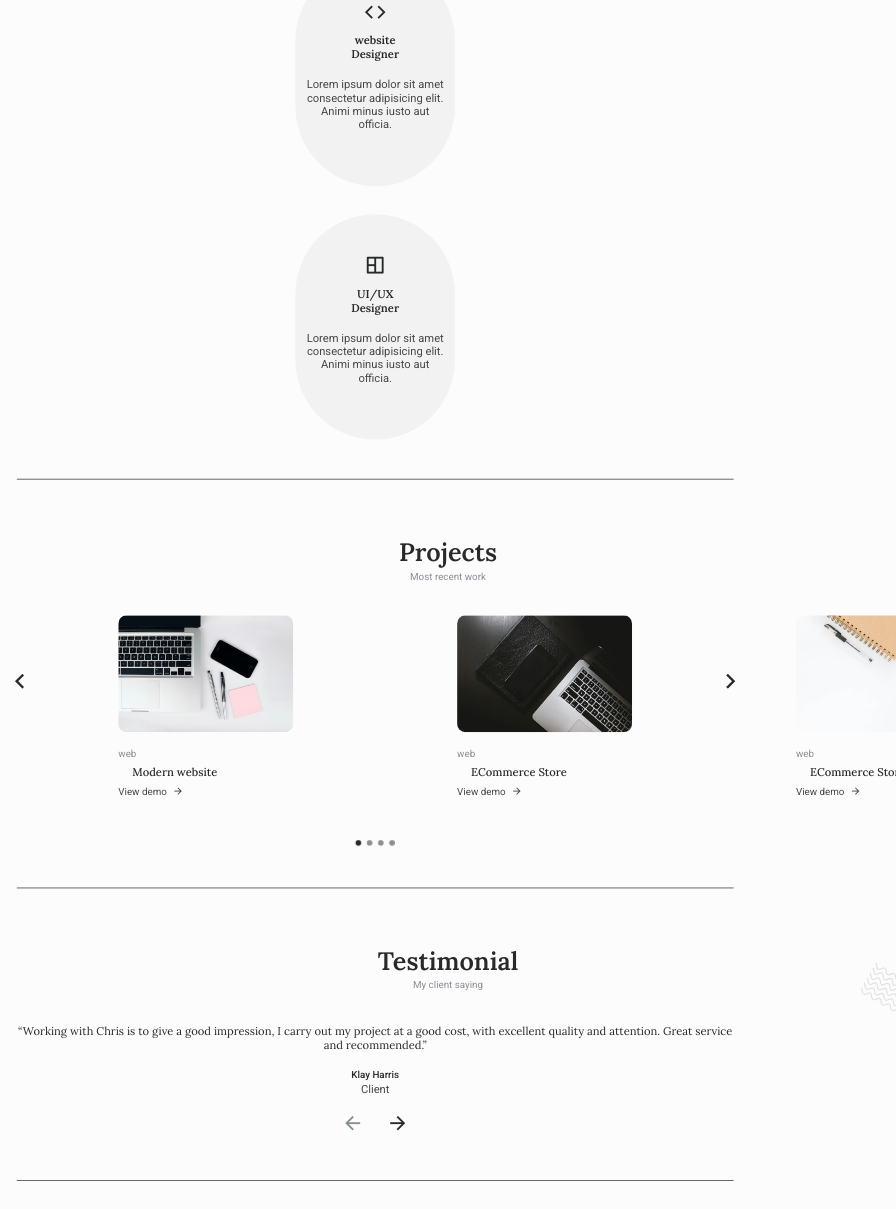
Repository: hnguyeng/myportfoliohongnguyen
Page: index.html
These files come from the project's save history. The page is drawn as it stood at one moment and after the next save; the edit follows.
The browser window is 1280 px wide. The pictures show the part of the page from y = 4580 to 6500 px (the page is 6307 px tall before and 6501 px after), at 70% of full size.
Some web libraries are served in a nearby version.

Above is the page before, as saved 2023-07-21 14:14:09.

After the next save:
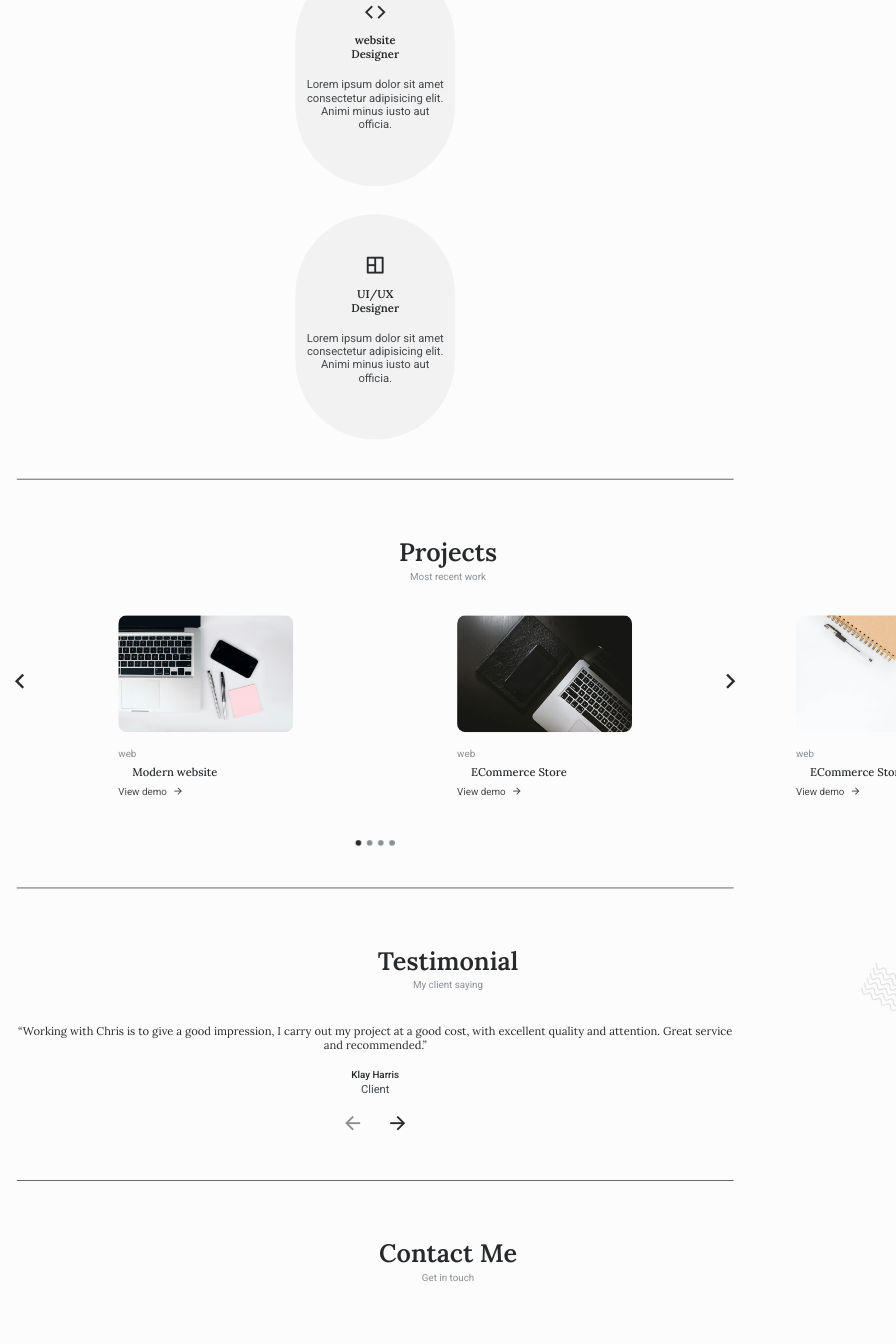
Saved 4 min 11 s later.
--- a/index.html
+++ b/index.html
@@ -494,6 +494,11 @@
             </div>
             <img src="./assets/imgs/shape-wawes.svg" alt="testimonial image" class="testimonial__img">
         </section>
+        <!-- =======================CONTACT====================== -->
+        <section class="contact section" id="contact">
+            <h2 class="section__title">Contact Me</h2>
+            <span class="section__subtitle">Get in touch</span>
+        </section>
     </main>
 
     <script src="./assets/js/cdn.jsdelivr.net_npm_swiper@10.0.4_swiper-bundle.js"></script>
